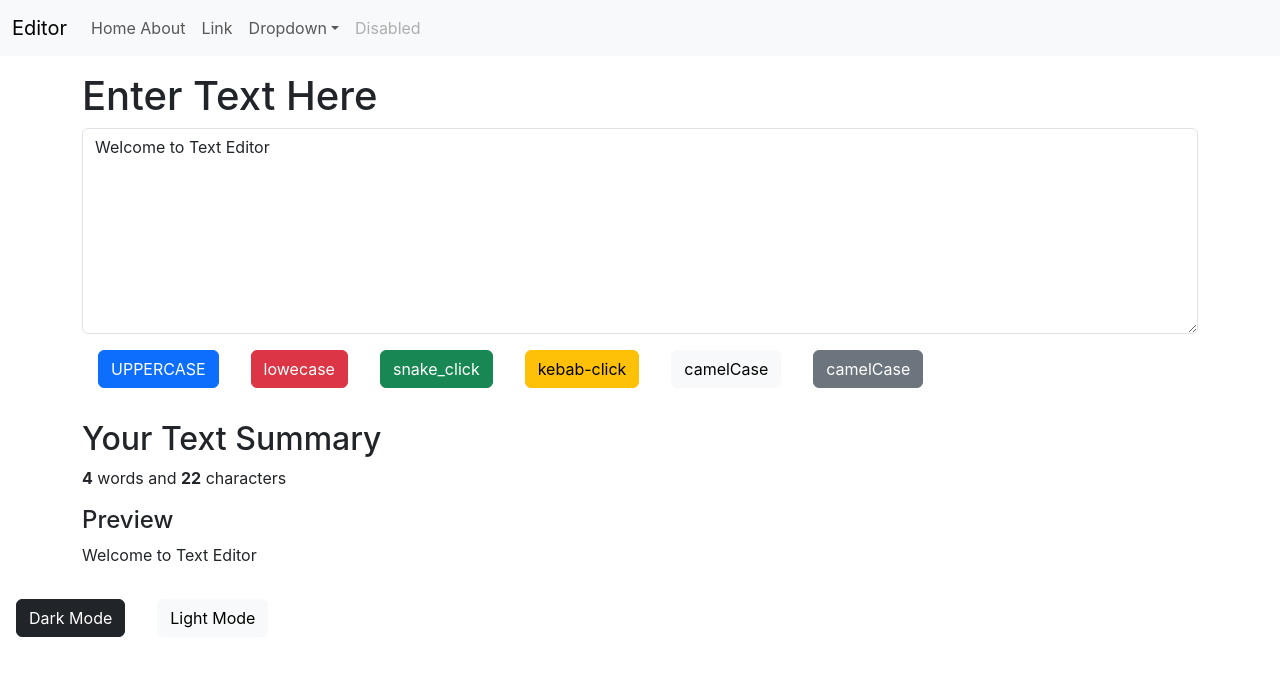
Repository: Shubham-tawar/Text-editor
Page: /
The author's editor kept a copy of each file at every save. The page is drawn from the files as they stood at one save, then again after the next save.
The browser window is 1280 px wide. The pictures show the whole page.
The project was rebuilt for these pictures with package versions that can differ from the ones it lists, and the page was loaded fresh each time. Also part of the build but not shown: src/App.css.

Above is the page before, as saved 2025-07-07 21:00:54.

### public/index.html
<!DOCTYPE html>
<html lang="en">
  <head>
    <meta charset="utf-8" />
    <link rel="icon" href="%PUBLIC_URL%/favicon.ico" />
    <meta name="viewport" content="width=device-width, initial-scale=1" />
    <meta name="theme-color" content="#000000" />
    <meta
      name="description"
      content="Web site created using create-react-app"
    />
    <link rel="apple-touch-icon" href="%PUBLIC_URL%/logo192.png" />
    <!--
      manifest.json provides metadata used when your web app is installed on a
      user's mobile device or desktop. See https://developers.google.com/web/fundamentals/web-app-manifest/
    -->
    <link rel="manifest" href="%PUBLIC_URL%/manifest.json" />
    <!--
      Notice the use of %PUBLIC_URL% in the tags above.
      It will be replaced with the URL of the `public` folder during the build.
      Only files inside the `public` folder can be referenced from the HTML.

      Unlike "/favicon.ico" or "favicon.ico", "%PUBLIC_URL%/favicon.ico" will
      work correctly both with client-side routing and a non-root public URL.
      Learn how to configure a non-root public URL by running `npm run build`.
    -->
    <link href="https://cdn.jsdelivr.net/npm/bootstrap@5.3.7/dist/css/bootstrap.min.css" rel="stylesheet" integrity="sha384-LN+7fdVzj6u52u30Kp6M/trliBMCMKTyK833zpbD+pXdCLuTusPj697FH4R/5mcr" crossorigin="anonymous">
    <title>React App</title>
  </head>
  <body>
    <noscript>You need to enable JavaScript to run this app.</noscript>
    <div id="root"></div>
    <!--
      This HTML file is a template.
      If you open it directly in the browser, you will see an empty page.

      You can add webfonts, meta tags, or analytics to this file.
      The build step will place the bundled scripts into the <body> tag.

      To begin the development, run `npm start` or `yarn start`.
      To create a production bundle, use `npm run build` or `yarn build`.
    -->
    <script src="https://cdn.jsdelivr.net/npm/bootstrap@5.3.7/dist/js/bootstrap.bundle.min.js" integrity="sha384-ndDqU0Gzau9qJ1lfW4pNLlhNTkCfHzAVBReH9diLvGRem5+R9g2FzA8ZGN954O5Q" crossorigin="anonymous"></script>
  </body>
</html>

### src/App.js

import './App.css';
import Darktheme from './components/Darktheme';
import Navbar from './components/Navbar';
import Textform from './components/Textform';

function App() {
  return (
    <>
    <Navbar title="Editor" aboutText="About"/>
    <Textform heading = "Enter Text Here"/>
    <Darktheme />
    </>
  );
}

export default App;

### src/components/Darktheme.js
import React from 'react'

export default function Darktheme() {
    const handleDarkTheme = () => {
        document.body.style.backgroundColor = '#343a40'; // Dark background
        document.body.style.color = 'white'; // Light text color
    }
    const handleLightTheme = () =>{
        document.body.style.backgroundColor = 'white';
        document.body.style.color = 'black'; // Dark text color
    }
  return (
    <div>
      <button type="button" className="btn btn-dark m-3" onClick={handleDarkTheme}>Dark Mode</button>
      <button type="button" className="btn btn-light m-3" onClick={handleLightTheme}>Light Mode</button>
    </div>
  )
}

### src/components/Navbar.js
import React from 'react'
import PropTypes from 'prop-types'
export default function Navbar(props) {
  return (
    <>
    <nav className="navbar navbar-expand-lg navbar-light bg-light">
        <div className="container-fluid">
            <a className="navbar-brand" href="/">{props.title}</a>
            <button className="navbar-toggler" type="button" data-toggle="collapse" data-target="#navbarSupportedContent" aria-controls="navbarSupportedContent" aria-expanded="false" aria-label="Toggle navigation">
                <span className="navbar-toggler-icon"></span>
            </button>

            <div className="collapse navbar-collapse" id="navbarSupportedContent">
                <ul className="navbar-nav mr-auto">
                <li className="nav-item active">
                    <a className="nav-link" href="/">Home <span className="sr-only">{props.aboutText}</span></a>
                </li>
                <li className="nav-item">
                    <a className="nav-link" href="/">Link</a>
                </li>
                <li className="nav-item dropdown">
                    <a className="nav-link dropdown-toggle" href="/" id="navbarDropdown" role="button" data-toggle="dropdown" aria-haspopup="true" aria-expanded="false">
                    Dropdown
                    </a>
                    <div className="dropdown-menu" aria-labelledby="navbarDropdown">
                    <a className="dropdown-item" href="/">Action</a>
                    <a className="dropdown-item" href="/">Another action</a>
                    <div className="dropdown-divider"></div>
                    <a className="dropdown-item" href="/">Something else here</a>
                    </div>
                </li>
                <li className="nav-item">
                    <a className="nav-link disabled" href="/">Disabled</a>
                </li>
                </ul>

            </div>
        </div>

    </nav>
    </>
  )
}

Navbar.propTypes = {
    title: PropTypes.string,
    aboutText: PropTypes.string
}

### src/components/Textform.js
import React, {useState} from 'react'
import PropTypes from 'prop-types'


export default function Textform(props) {
    const [text, setText] = useState("Welcome to Text Editor");

    function handleUpClick(){
        console.log("Uppercase was clicked");
        let newText = text.toUpperCase();
        setText(newText);
    }

    function handleLowClick(){
        console.log("Lowercase was clicked");
        let newText = text.toLowerCase();
        setText(newText);
    }
    function handleSnakeClick(){
        console.log("Snake Case was clicked");
        let newText = text.replace(/\s+/g, '_').toLowerCase();
        setText(newText);
    }
    function handleKebabClick(){
        console.log("Kebab Case was clicked");
        let newText = text.replace(/_/g, '-').toLowerCase();
        setText(newText);
    }

    function handleCamelClick(){
        console.log("Camel Case was clicked");
         let newText = text
            .toLowerCase()
            .split(' ')
            .map((word, index) => {
                if (index === 0) return word; // Keep the first word in lowercase
                return word.charAt(0).toUpperCase() + word.slice(1); // Capitalize the first letter of subsequent words
            })
            .join('');
            setText(newText);
            /*
            let newText = text.toLowerCase();
            // Split the text into words and capitalize the first letter of each word except the first one
            let words = newText.split(' ');
            for (let i = 1; i < words.length; i++) {
                words[i] = words[i].charAt(0).toUpperCase() + words[i].slice(1);
            }
            newText = words.join('');
            setText(newText); */
    }

    const handleExtraSpaces = () =>{
        let newText = text.split(/[ ]+/).join(' '); // This will remove extra spaces
        setText(newText);
    }
    function handleOnChange(event){  // able to change teh text in the textarea
        setText(event.target.value);
    }

    return (
        <>
        <form className='container my-3'>

            <div className="form-group">
                <h1>{props.heading}</h1>
                <textarea className="form-control" id="exampleFormControlTextarea1" onChange={handleOnChange} rows="8" value={text} placeholder='Text Area'></textarea>
            </div>
            <button type='button' className="btn btn-primary m-3" onClick={handleUpClick}>UPPERCASE</button>
            <button type='button' className="btn btn-danger m-3" onClick={handleLowClick}>lowecase</button>
            <button type='button' className="btn btn-success m-3" onClick={handleSnakeClick}>snake_click</button>
            <button type='button' className="btn btn-warning m-3" onClick={handleKebabClick}>kebab-click</button>
            <button type='button' className="btn btn-light m-3" onClick={handleCamelClick}>camelCase</button>
            <button type='button' className="btn btn-secondary m-3" onClick={handleExtraSpaces}>camelCase</button>
        </form>
        <div className="container">
            <h2>Your Text Summary</h2>
            <p><b>{text.split(' ').length}</b> words and <b>{text.length}</b> characters</p>
            <h4>Preview</h4>
            <p>{text.length > 0 ? text : "Enter something in the text area to preview it here"}</p>
        </div>

        </>
    )
}

Textform.propTypes = {
    heading: PropTypes.string
}

Textform.defaultProps = {
    heading: "Enter Text Here"
}

Loaded but not shown: src/index.js (common file); src/index.css (common file); src/reportWebVitals.js (common file)

After the next save:
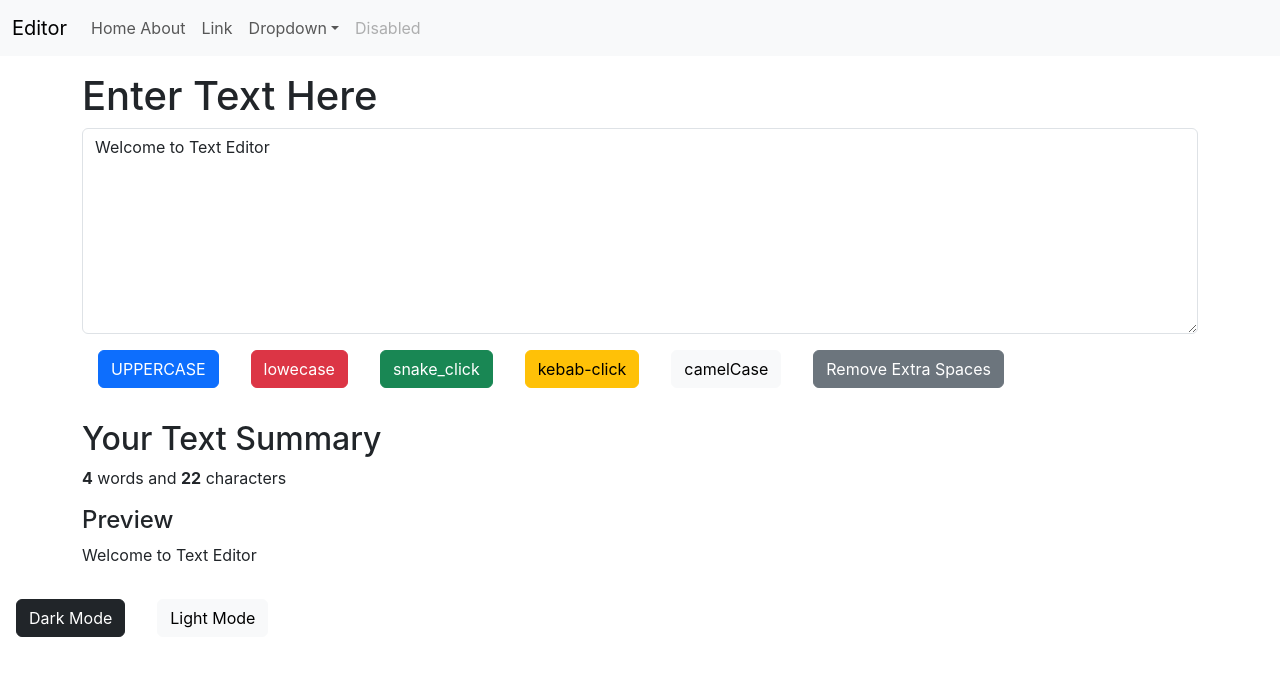
Saved 17 s later.
--- a/src/components/Textform.js
+++ b/src/components/Textform.js
@@ -70,7 +70,7 @@ export default function Textform(props) {
             <button type='button' className="btn btn-success m-3" onClick={handleSnakeClick}>snake_click</button>
             <button type='button' className="btn btn-warning m-3" onClick={handleKebabClick}>kebab-click</button>
             <button type='button' className="btn btn-light m-3" onClick={handleCamelClick}>camelCase</button>
-            <button type='button' className="btn btn-secondary m-3" onClick={handleExtraSpaces}>camelCase</button>
+            <button type='button' className="btn btn-secondary m-3" onClick={handleExtraSpaces}>Remove Extra Spaces</button>
         </form>
         <div className="container">
             <h2>Your Text Summary</h2>
